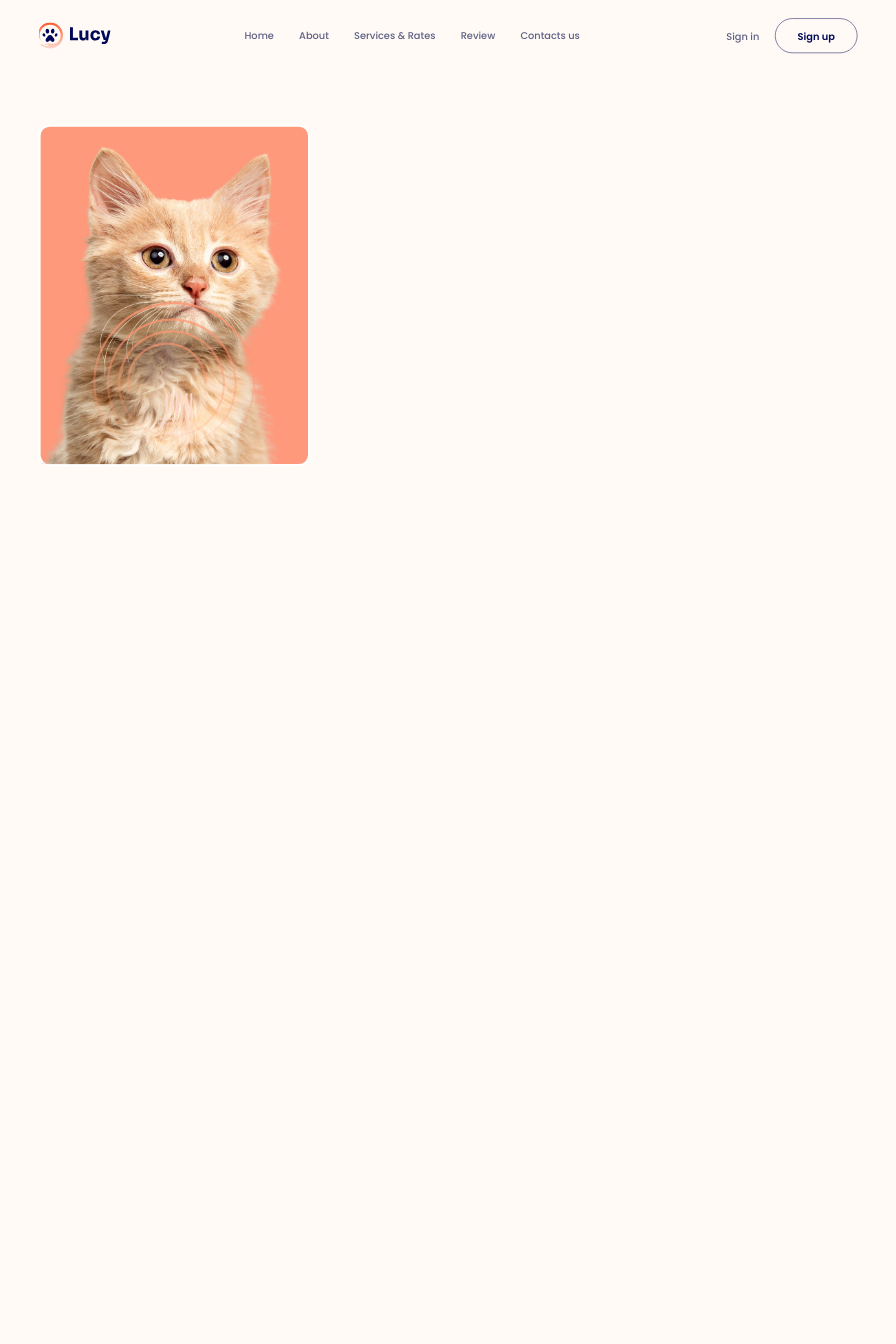
Repository: anhtien111198/f8-htmlcss-04
Page: index.html
An editor plug-in stored every save of this project. The page is shown before and after the next save, followed by the edit.
The browser window is 1280 px wide. The pictures show the part of the page from y = 0 to 1920 px (the page is 5000 px tall), at 70% of full size.

Above is the page before, as saved 2023-05-17 11:00:49.

After the next save:
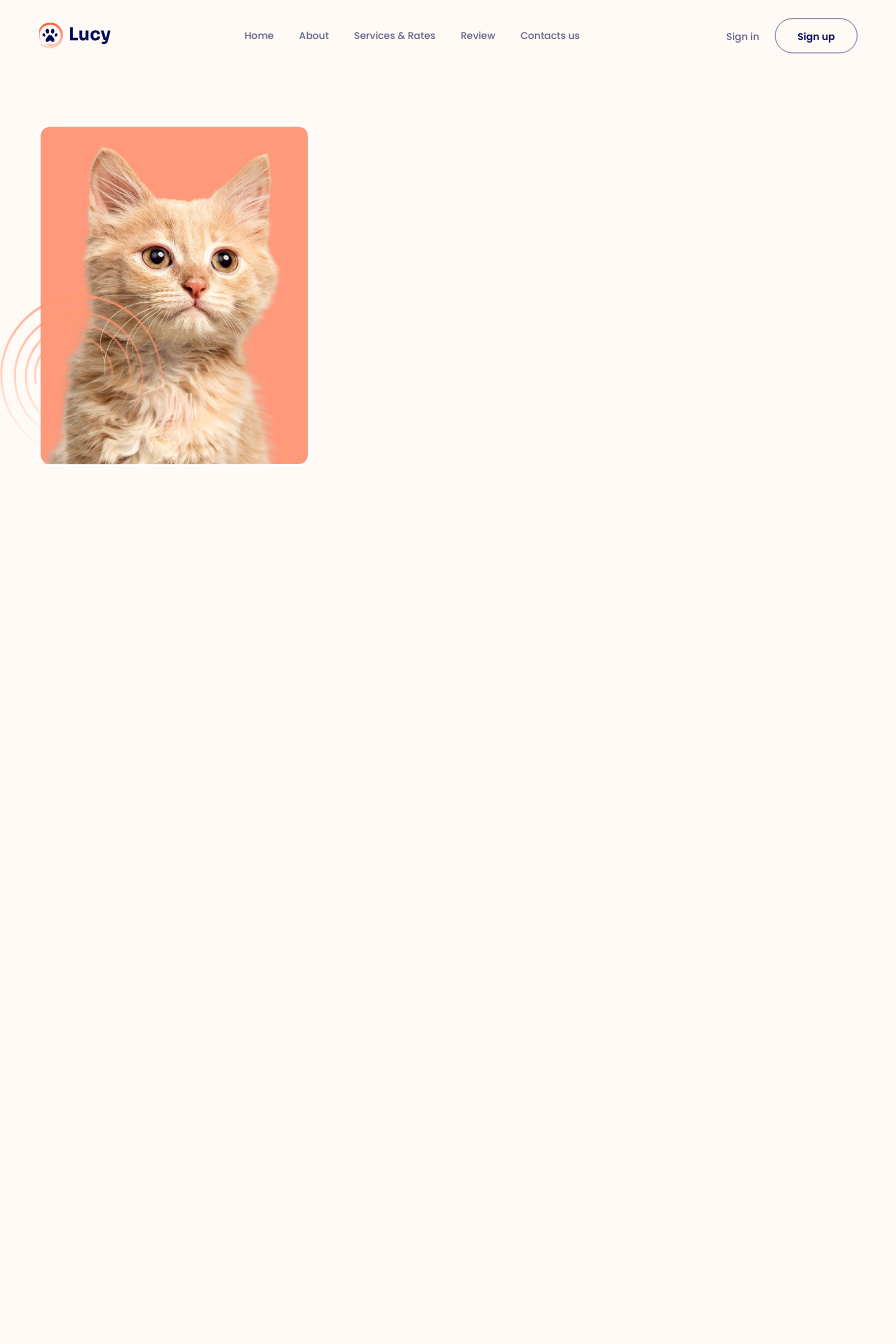
Saved 2 min 28 s later.
--- a/assets/css/style.css
+++ b/assets/css/style.css
@@ -108,5 +108,6 @@ select {
     position: absolute;
 }
 .hero__decor-left {
-    /* left: -58px; */
+    left: -58px;
+    bottom: 10px;
 }
